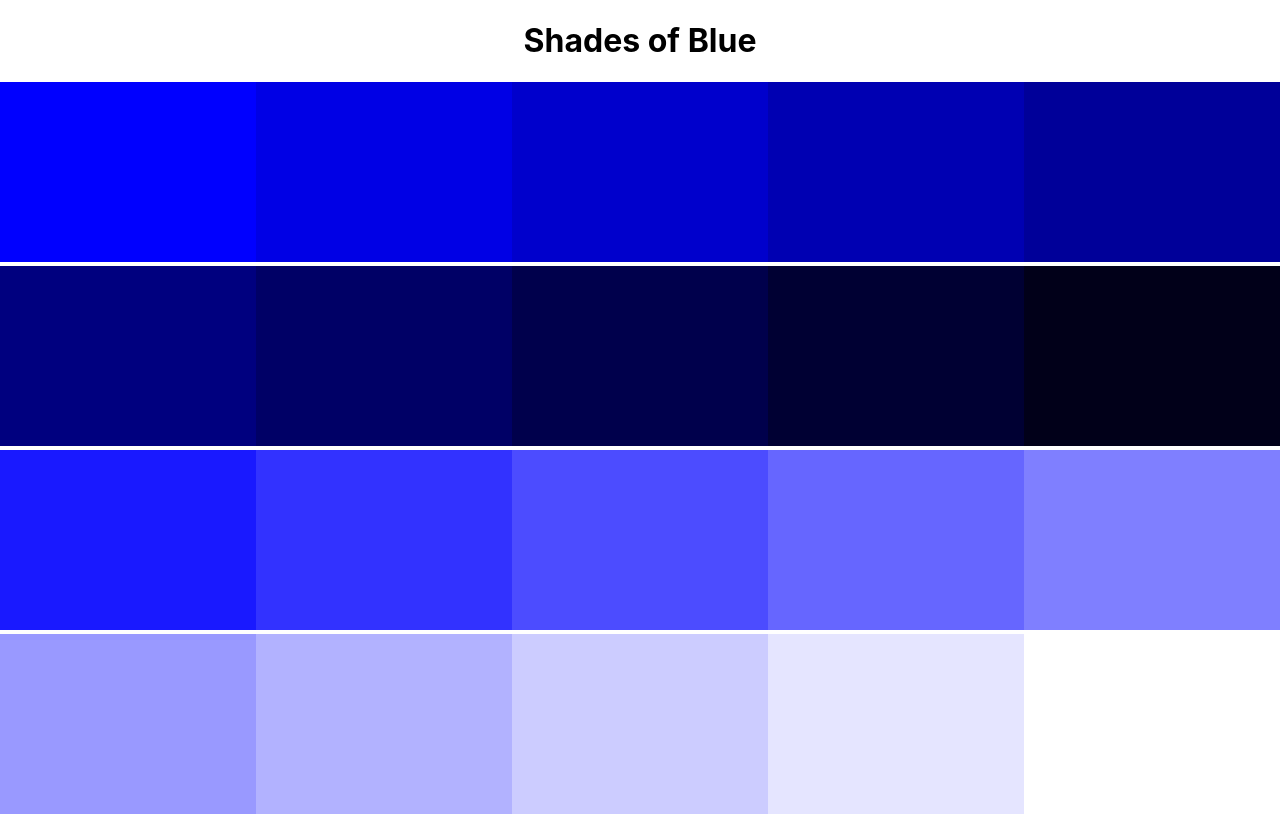
Repository: johnmutina/shades_of_blue
Page: /
These files come from the project's save history. The page is drawn as it stood at one moment and after the next save; the edit follows.
The browser window is 1280 px wide. The pictures show the whole page.
The project was rebuilt for these pictures with package versions that can differ from the ones it lists, and the page was loaded fresh each time.

Above is the page before, as saved 2019-06-22 15:13:18.

After the next save:
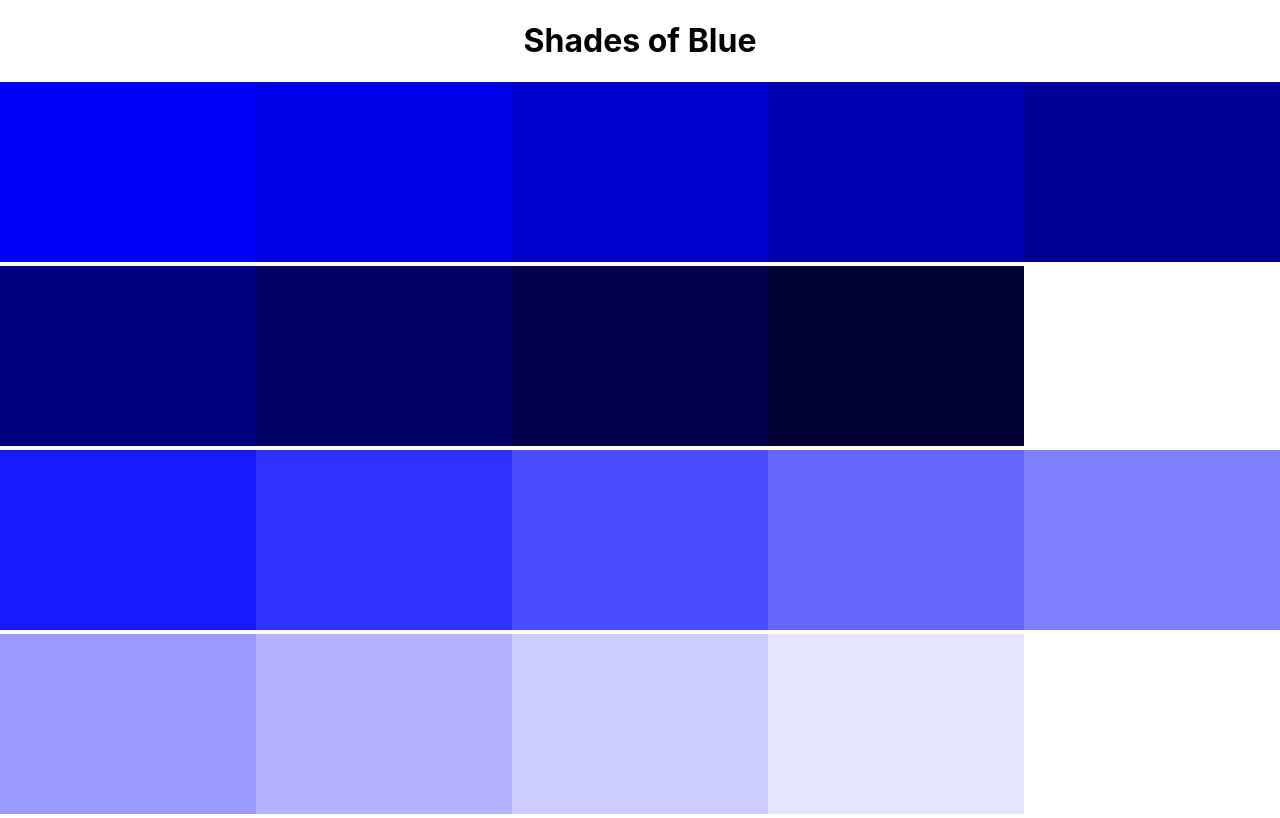
Saved 5 s later.
--- a/src/ColorBoxes.js
+++ b/src/ColorBoxes.js
@@ -15,7 +15,7 @@
     }
 
     render(){
-        let colorArr = ["#0000ff", "#0000e5", "#0000cc", "#0000b2", "#000099", "#00007f", "#000066", "#00004c", "#000033", "#010019", "#1919ff", "#3232ff", "#4c4cff", "#6666ff", "#7f7fff", "#9999ff", "#b2b2ff", "#ccccff", "#e5e5ff", "#ffffff"];
+        let colorArr = ["#0000ff", "#0000e5", "#0000cc", "#0000b2", "#000099", "#00007f", "#000066", "#00004c", "#000033", "#0122219", "#1919ff", "#3232ff", "#4c4cff", "#6666ff", "#7f7fff", "#9999ff", "#b2b2ff", "#ccccff", "#e5e5ff", "#ffffff"];
         return (
             <div>
                 <h1>Shades of Blue</h1>

After the save that followed:
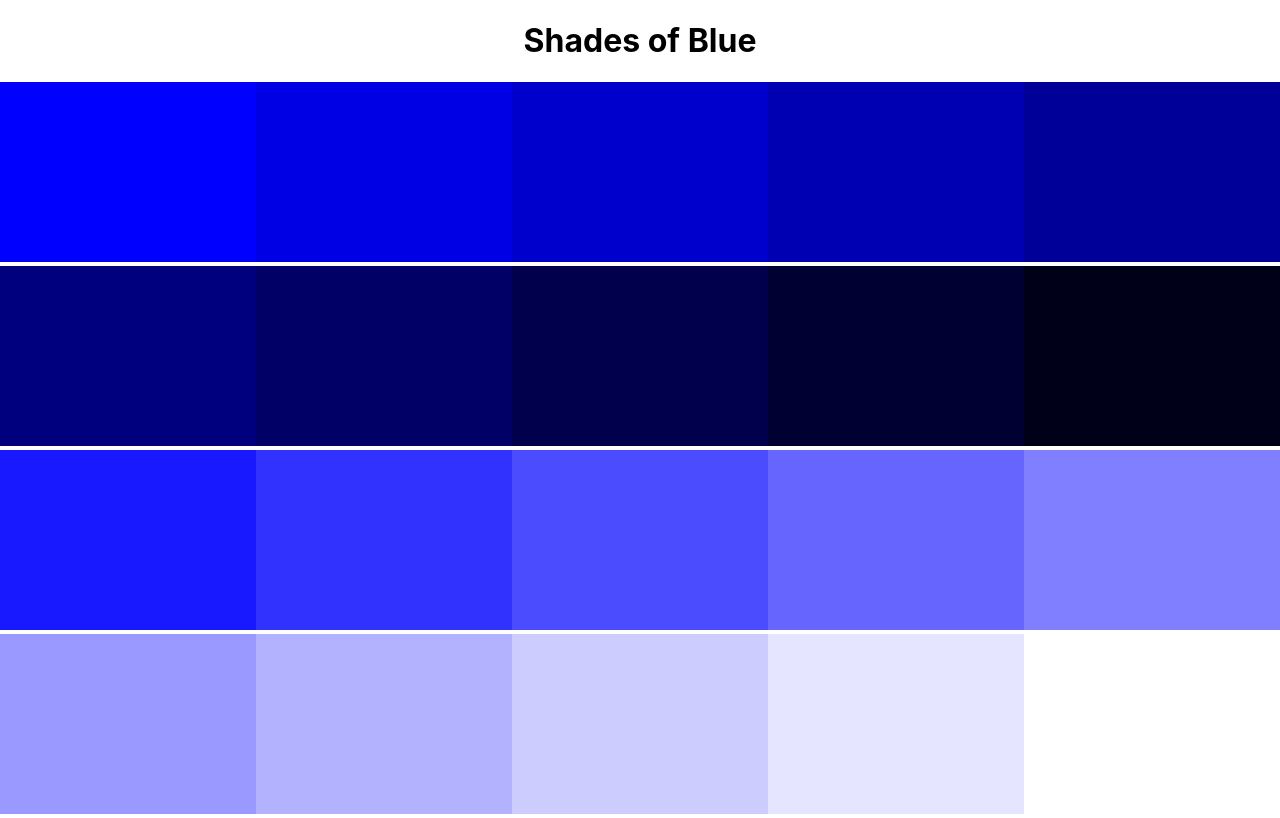
Saved 5 s later.
--- a/src/ColorBoxes.js
+++ b/src/ColorBoxes.js
@@ -15,7 +15,7 @@
     }
 
     render(){
-        let colorArr = ["#0000ff", "#0000e5", "#0000cc", "#0000b2", "#000099", "#00007f", "#000066", "#00004c", "#000033", "#0122219", "#1919ff", "#3232ff", "#4c4cff", "#6666ff", "#7f7fff", "#9999ff", "#b2b2ff", "#ccccff", "#e5e5ff", "#ffffff"];
+        let colorArr = ["#0000ff", "#0000e5", "#0000cc", "#0000b2", "#000099", "#00007f", "#000066", "#00004c", "#000033", "#000019", "#1919ff", "#3232ff", "#4c4cff", "#6666ff", "#7f7fff", "#9999ff", "#b2b2ff", "#ccccff", "#e5e5ff", "#ffffff"];
         return (
             <div>
                 <h1>Shades of Blue</h1>
